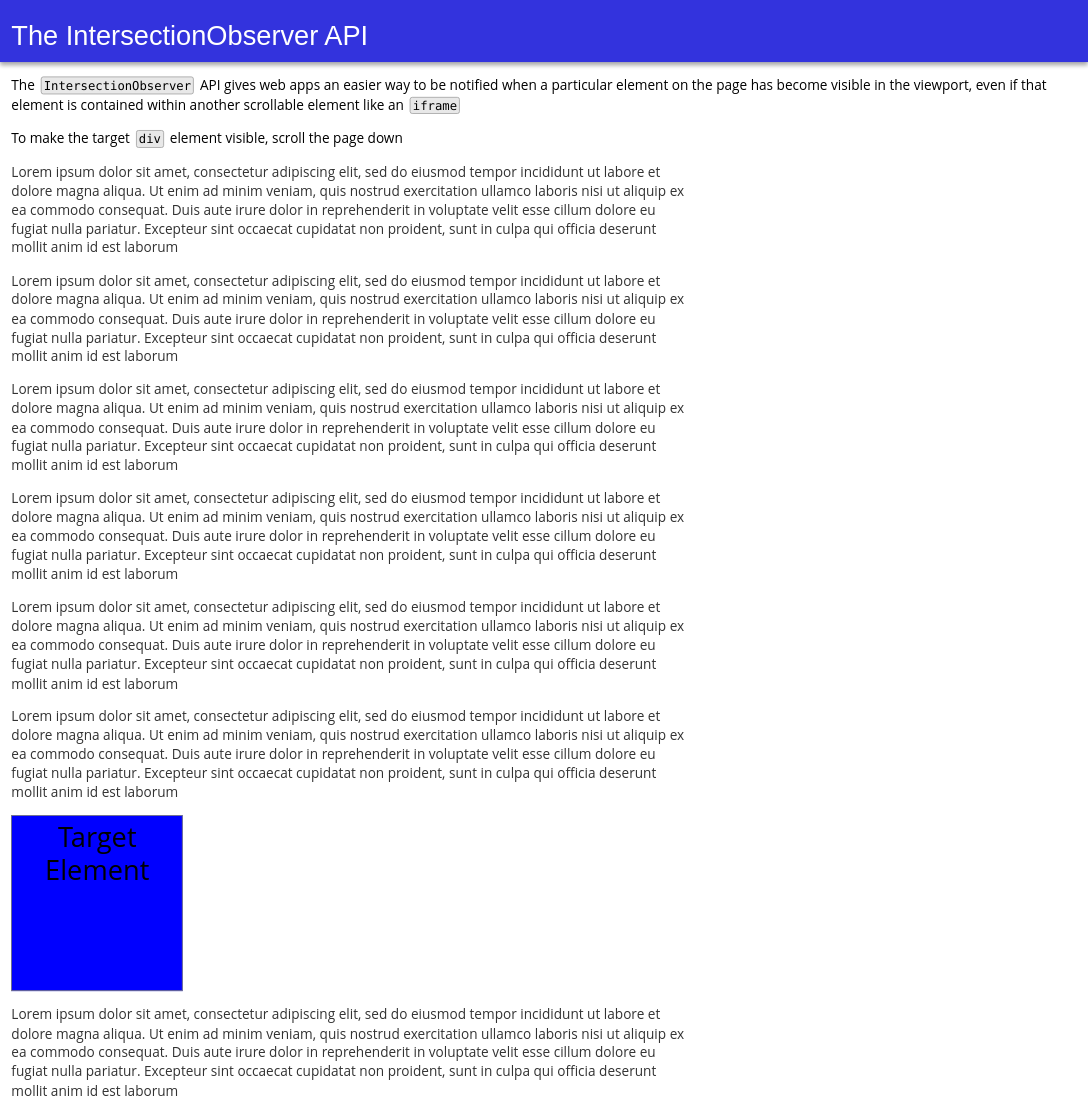
Repository: craig-o-curtis/browser-apis
Page: pages/intersection_finished.html
The author's editor kept a copy of each file at every save. The page is drawn from the files as they stood at one save, then again after the next save.
The browser window is 1280 px wide. The pictures show the whole page, at 85% of full size.

Above is the page before, as saved 2020-05-16 21:19:55.

### pages/intersection_finished.html
<!doctype html>
<html>
    <head>
        <title>The IntersectionObserver API</title>
        <style type="text/css">
            p {
                line-height: 1.4em;
            }

            #targetElem {
                height: 200px;
                width: 200px;
                text-align: center;
                line-height: 1.2em;
                padding-top: 4pt;
                border: 1px gray solid;
                font-size: 24pt
            }

            .background0 {
                background-color: rgba(0, 0, 255, 0)
            }

            .background50 {
                background-color: rgba(0, 0, 255, 0.5)
            }

            .background100 {
                background-color: rgba(0, 0, 255, 1.0)
            }

            p[class="lorem"] {
                color: rgb(50, 50, 50);
                max-width: 800px;
            }
        </style>
        <link rel="stylesheet" href="../../style.css" />
    </head>

    <body>
        <h1>The IntersectionObserver API</h1>
        <div id="content">
            <p>The <code>IntersectionObserver</code> API gives web apps an easier way to be notified when a particular
                element on the page has become visible in the viewport, even if that element is contained within
                another scrollable element like an <code>iframe</code></p>
            <p>To make the target <code>div</code> element visible, scroll the page down</p>
            <p class="lorem">Lorem ipsum dolor sit amet, consectetur adipiscing elit, sed do eiusmod tempor incididunt
                ut labore et
                dolore magna aliqua. Ut enim ad minim veniam, quis nostrud exercitation ullamco laboris nisi ut aliquip
                ex ea commodo consequat. Duis aute irure dolor in reprehenderit in voluptate velit esse cillum dolore
                eu fugiat nulla pariatur. Excepteur sint occaecat cupidatat non proident, sunt in culpa qui officia
                deserunt mollit anim id est laborum</p>
            <p class="lorem">Lorem ipsum dolor sit amet, consectetur adipiscing elit, sed do eiusmod tempor incididunt
                ut labore et
                dolore magna aliqua. Ut enim ad minim veniam, quis nostrud exercitation ullamco laboris nisi ut aliquip
                ex ea commodo consequat. Duis aute irure dolor in reprehenderit in voluptate velit esse cillum dolore
                eu fugiat nulla pariatur. Excepteur sint occaecat cupidatat non proident, sunt in culpa qui officia
                deserunt mollit anim id est laborum</p>
            <p class="lorem">Lorem ipsum dolor sit amet, consectetur adipiscing elit, sed do eiusmod tempor incididunt
                ut labore et
                dolore magna aliqua. Ut enim ad minim veniam, quis nostrud exercitation ullamco laboris nisi ut aliquip
                ex ea commodo consequat. Duis aute irure dolor in reprehenderit in voluptate velit esse cillum dolore
                eu fugiat nulla pariatur. Excepteur sint occaecat cupidatat non proident, sunt in culpa qui officia
                deserunt mollit anim id est laborum</p>
            <p class="lorem">Lorem ipsum dolor sit amet, consectetur adipiscing elit, sed do eiusmod tempor incididunt
                ut labore et
                dolore magna aliqua. Ut enim ad minim veniam, quis nostrud exercitation ullamco laboris nisi ut aliquip
                ex ea commodo consequat. Duis aute irure dolor in reprehenderit in voluptate velit esse cillum dolore
                eu fugiat nulla pariatur. Excepteur sint occaecat cupidatat non proident, sunt in culpa qui officia
                deserunt mollit anim id est laborum</p>
            <p class="lorem">Lorem ipsum dolor sit amet, consectetur adipiscing elit, sed do eiusmod tempor incididunt
                ut labore et
                dolore magna aliqua. Ut enim ad minim veniam, quis nostrud exercitation ullamco laboris nisi ut aliquip
                ex ea commodo consequat. Duis aute irure dolor in reprehenderit in voluptate velit esse cillum dolore
                eu fugiat nulla pariatur. Excepteur sint occaecat cupidatat non proident, sunt in culpa qui officia
                deserunt mollit anim id est laborum</p>
            <p class="lorem">Lorem ipsum dolor sit amet, consectetur adipiscing elit, sed do eiusmod tempor incididunt
                ut labore et
                dolore magna aliqua. Ut enim ad minim veniam, quis nostrud exercitation ullamco laboris nisi ut aliquip
                ex ea commodo consequat. Duis aute irure dolor in reprehenderit in voluptate velit esse cillum dolore
                eu fugiat nulla pariatur. Excepteur sint occaecat cupidatat non proident, sunt in culpa qui officia
                deserunt mollit anim id est laborum</p>

            <!-- This is the element we want to watch for visibility -->
            <div id="targetElem">Target Element</div>

            <p class="lorem">Lorem ipsum dolor sit amet, consectetur adipiscing elit, sed do eiusmod tempor incididunt
                ut labore et
                dolore magna aliqua. Ut enim ad minim veniam, quis nostrud exercitation ullamco laboris nisi ut aliquip
                ex ea commodo consequat. Duis aute irure dolor in reprehenderit in voluptate velit esse cillum dolore
                eu fugiat nulla pariatur. Excepteur sint occaecat cupidatat non proident, sunt in culpa qui officia
                deserunt mollit anim id est laborum</p>
        </div>
        <script>
            window.addEventListener("load", function () {
                // Create a new Observer
                var observer = new IntersectionObserver(function (entries) {
                    // log the callback data to the console output
                    console.log(entries);
                    if (entries[0].intersectionRatio < 0.5) {
                        entries[0].target.className = "background0"
                    }
                    if (entries[0].intersectionRatio >= 0.5 && entries[0].intersectionRatio < 1) {
                        entries[0].target.className = "background50"
                    }
                    if (entries[0].intersectionRatio >= 1) {
                        entries[0].target.className = "background100"
                    }
                },
                    {
                        "threshold": [0, 0.5, 1]
                    });
                // Start observing the target element
                observer.observe(document.getElementById("targetElem"))
            })
        </script>
    </body>
</html>

### pages/style.css
/*
** Styles used in the jQuery Essential Training course materials
*/
body {
    font-family: "Open Sans", sans-serif;
    font-size: 12pt;
    margin: 0;
    line-height: 1.2em;
}

body > h1 {
    background-color: #33d;
    color: white;
    font-family: Arial, Helvetica, sans-serif;
    font-weight: 100;
    margin:0;
    padding-left: 10pt;
    padding-right: 10pt;
    padding-top:25pt;
    padding-bottom: 15pt;
    box-shadow: 0px 5px 5px 0px rgba(171,171,171,1);
}

#content {
    margin: 10pt;
}

#example {
    border: 1px solid gray;
    background-color: #b3c8d0;
    font-size:14pt;
    padding-left: 10pt;
    padding-right: 10pt;
    min-height: 200px;
}

.box {
    border: 1px solid gray;
    background-color: #b3c8d0;
    font-size:14pt;
    padding-left: 10pt;
    padding-right: 10pt;
    min-height: 200px;
    width: 300px;
}

.box p {
    margin: 0 1pt 0 2pt
}

.smallbox {
    border: 1px solid gray;
    background-color: #b3c8d0;
    font-size:14pt;
    padding-left: 10pt;
    padding-right: 10pt;
    margin-bottom: 10pt;
    margin-right: 0;
    margin-left: 0;
    min-height: 150px;
    width: 200px;
}

.inline {
    display: inline-block;
}

code {
    background-color: #e8e8e8;
    border: 1px solid #a8a8a8;
    border-radius: 3px;
    padding: 1pt 2pt;
    margin: 2pt;
    font-family: "source-code-pro", Consolas, monospace;
    font-size: .9em;
}

li {
    line-height: 1.3em;
}

button {
    font-size: 14pt;
    margin: 8px;
}

#eventDetails {
    border: 1px solid #aaa;
    margin-top: 8pt;
    padding: 2pt;
}

.lineitem {
    width: 120px;
    display: inline-block
}


canvas {
    border: 2px solid gray;
    margin-left: 5pt;
    margin-right: 5pt;
}

After the next save:
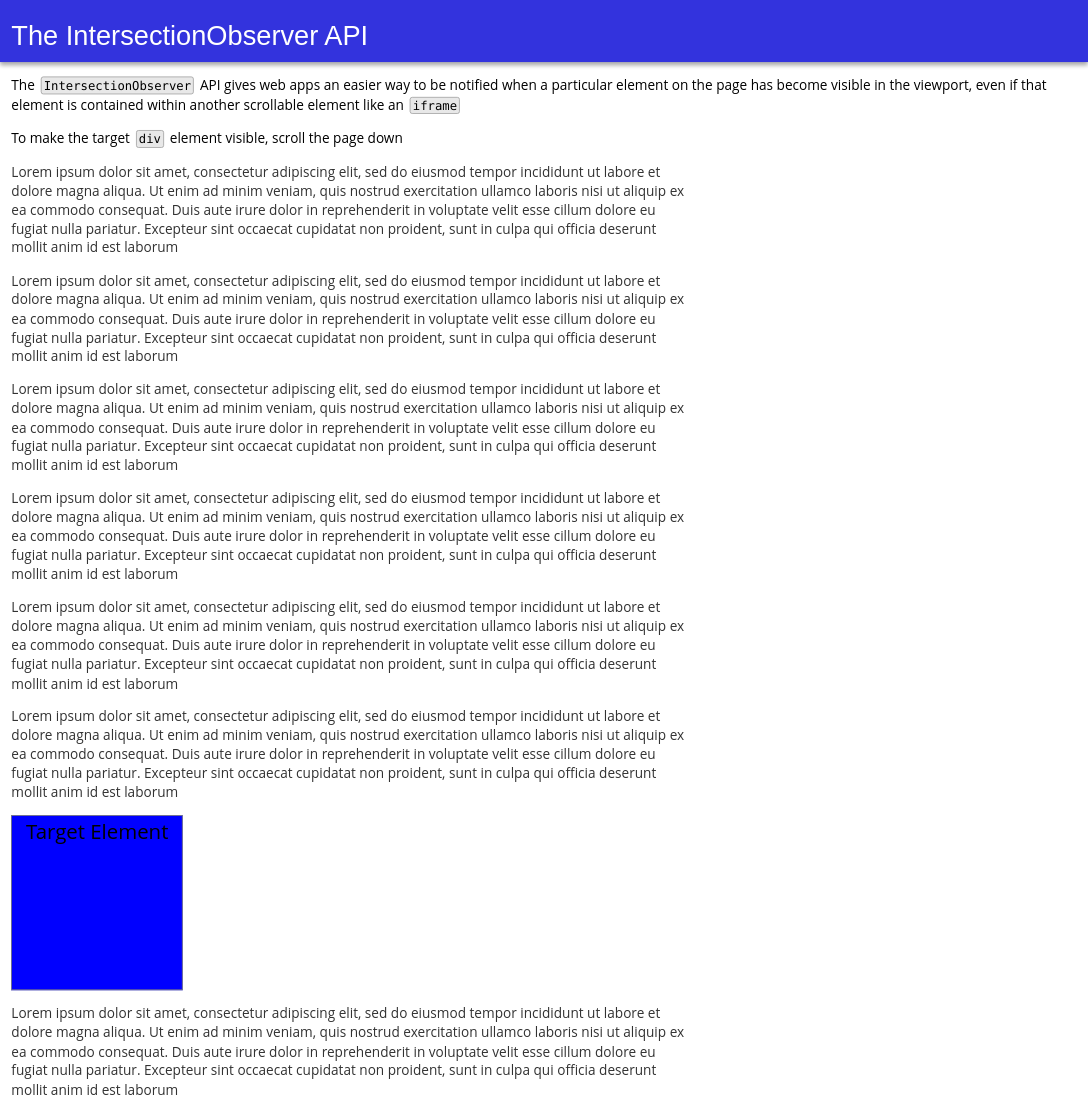
Saved 16 s later.
--- a/pages/intersection_finished.html
+++ b/pages/intersection_finished.html
@@ -12,9 +12,9 @@
                 width: 200px;
                 text-align: center;
                 line-height: 1.2em;
-                padding-top: 4pt;
+                padding-top: 4px;
                 border: 1px gray solid;
-                font-size: 24pt
+                font-size: 24px
             }
 
             .background0 {
